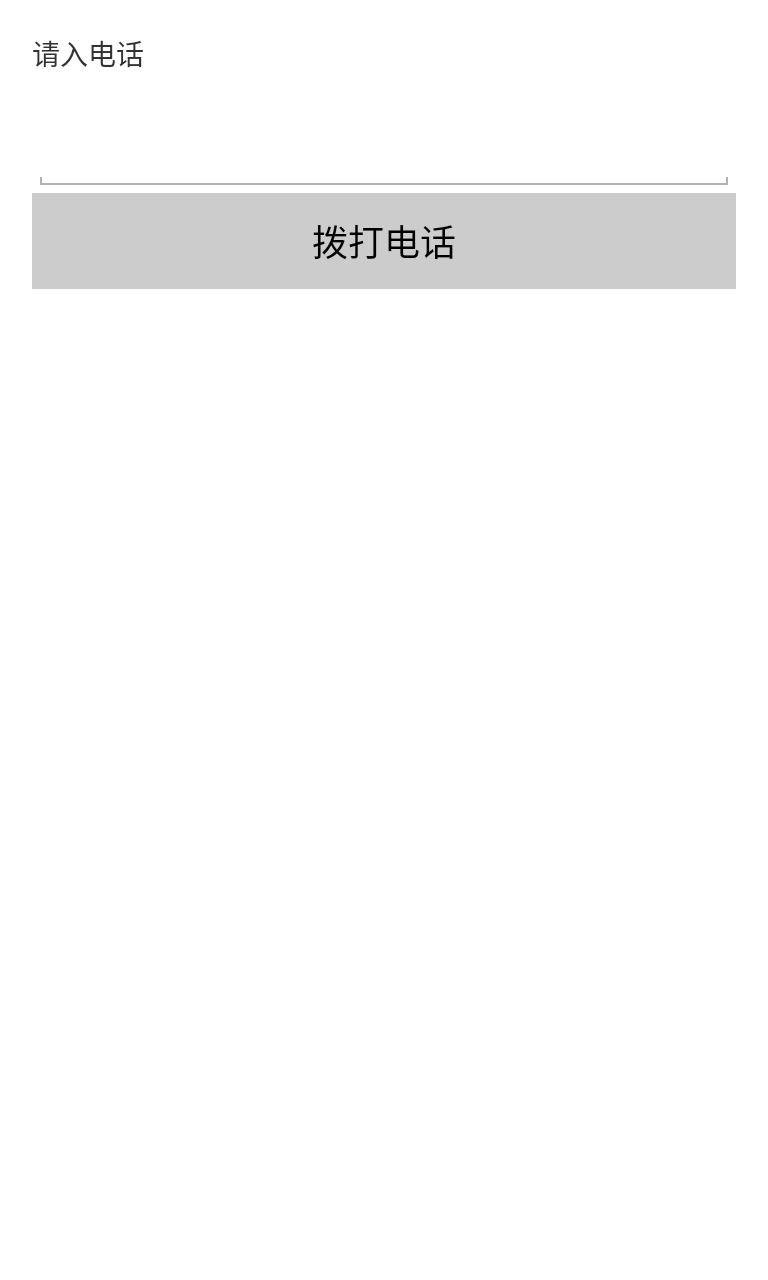
Repository: qwer2714856/Android_learn
Layout: phone/res/layout/activity_main.xml
An editor plug-in stored every save of this project. The layout is shown before and after the next save, followed by the edit.
It is drawn on a 768 x 1280 px phone screen (xhdpi) without system bars, with theme AppTheme; the app's code is not run.

Above is the layout before, as saved 2015-09-23 08:06:50.

### phone/res/layout/activity_main.xml
<LinearLayout xmlns:android="http://schemas.android.com/apk/res/android"
    xmlns:tools="http://schemas.android.com/tools"
    android:layout_width="match_parent"
    android:layout_height="match_parent"
    android:paddingBottom="@dimen/activity_vertical_margin"
    android:paddingLeft="@dimen/activity_horizontal_margin"
    android:paddingRight="@dimen/activity_horizontal_margin"
    android:paddingTop="@dimen/activity_vertical_margin"
    tools:context="com.example.phone.MainActivity"
    android:orientation="vertical"
    >

    <TextView
        android:layout_width="wrap_content"
        android:layout_height="wrap_content"
        android:layout_marginBottom="20dp"
        android:text="请入电话" />

    <EditText
        android:layout_width="match_parent"
        android:layout_height="wrap_content"
        />

    <Button
        android:layout_width="match_parent"
        android:layout_height="wrap_content"
        android:background="#ccc"
        android:text="拨打电话"
        />

</LinearLayout>

Loaded but not shown: phone/res/values/styles.xml (common file); phone/res/values-v11/styles.xml (common file); phone/res/values-v14/styles.xml (common file); phone/res/values/dimens.xml (common file); phone/res/values-w820dp/dimens.xml (common file)

After the next save:
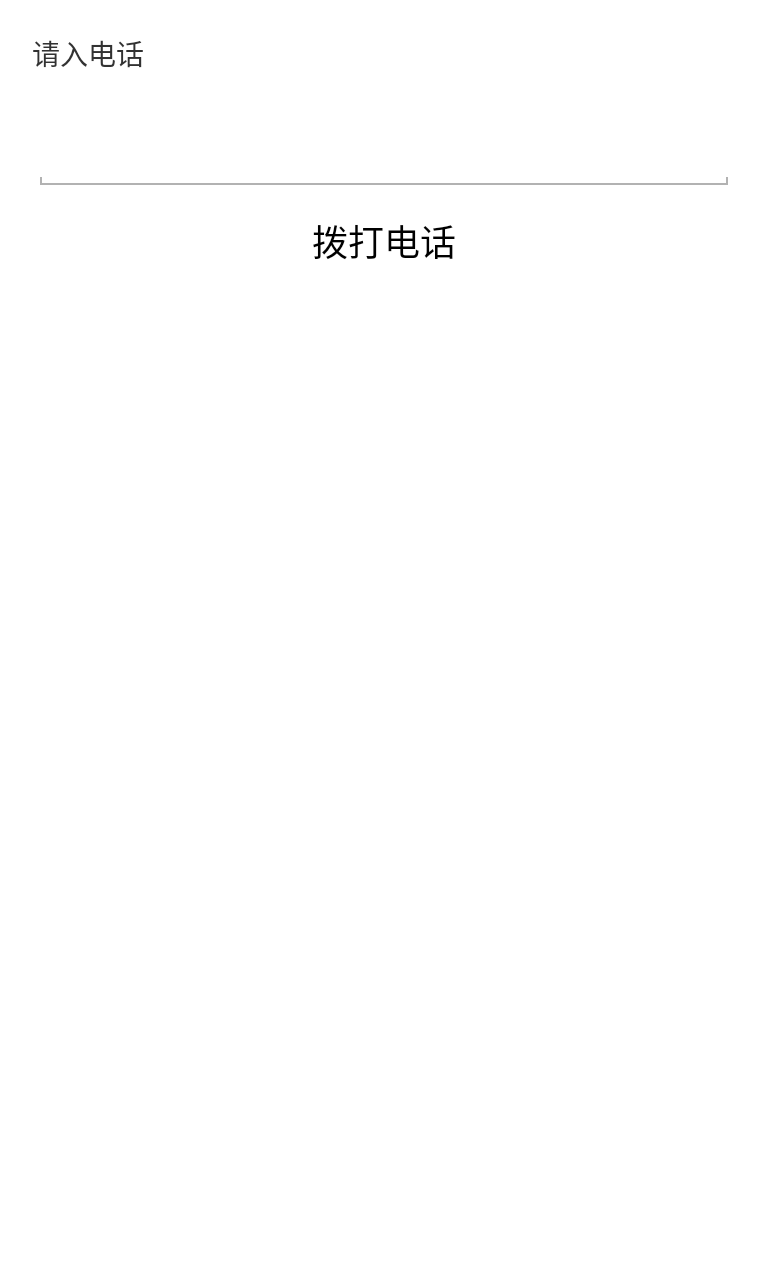
Saved 6 s later.
--- a/phone/res/layout/activity_main.xml
+++ b/phone/res/layout/activity_main.xml
@@ -24,7 +24,7 @@
     <Button
         android:layout_width="match_parent"
         android:layout_height="wrap_content"
-        android:background="#ccc"
+        android:background="#fff"
         android:text="拨打电话"
         />
 
